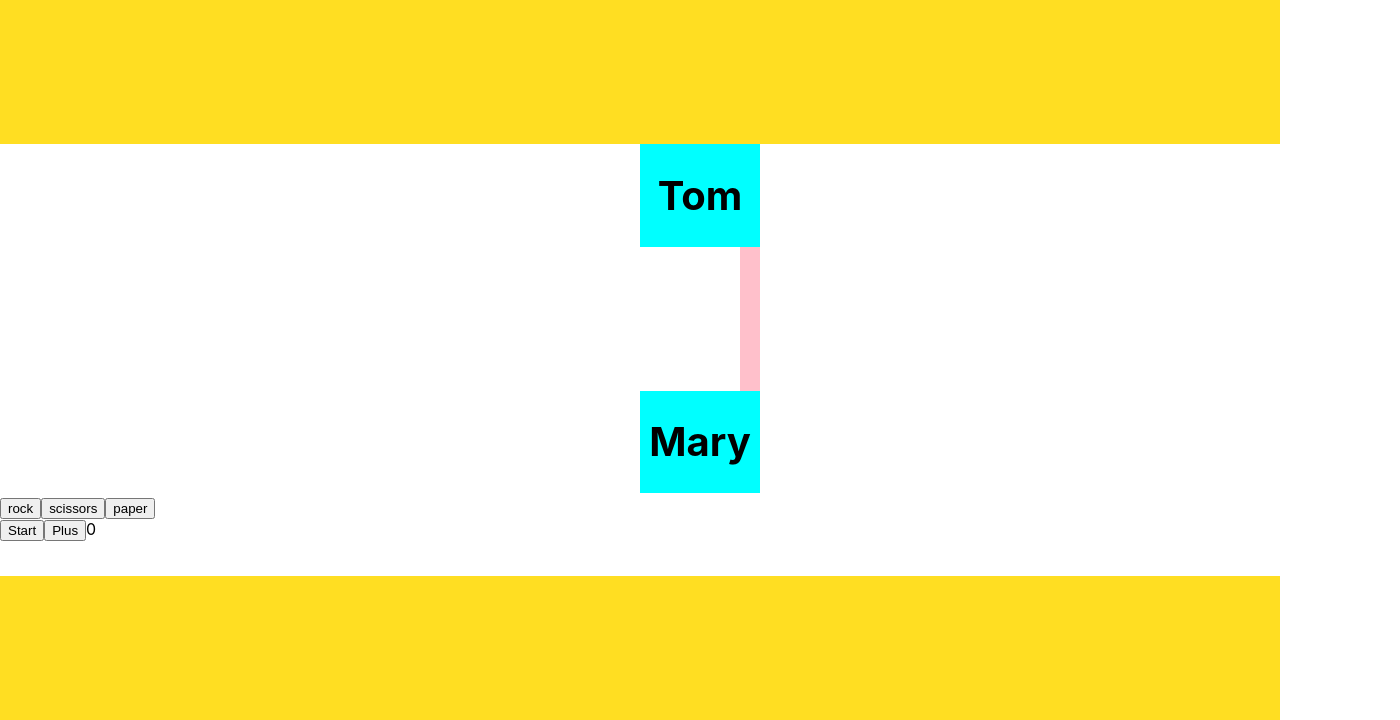
Repository: K009/Rock-Paper-Scissors
Page: /
These files come from the project's save history. The page is drawn as it stood at one moment and after the next save; the edit follows.
The browser window is 1280 px wide. The page is 1400 px wide, then 1280 px, so the pictures cover 1400 px, including what lies to the right of the window. The pictures show the whole page.
The project was rebuilt for these pictures with package versions that can differ from the ones it lists, and the page was loaded fresh each time.

Above is the page before, as saved 2020-05-13 09:06:09.

After the next save:
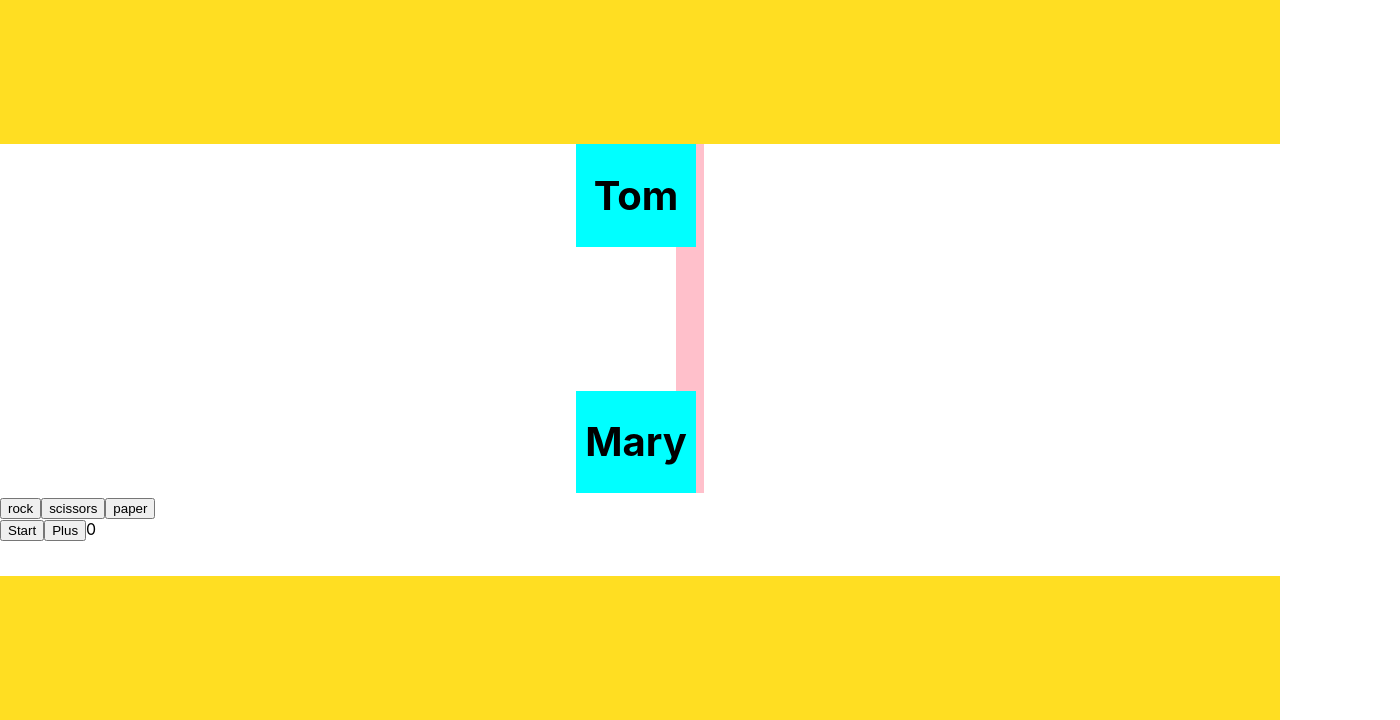
Saved 12 s later.
--- a/src/App.css
+++ b/src/App.css
@@ -16,8 +16,8 @@
   background-color: pink;
   text-align: center;
   display: inline-block;
-  margin-left: 50%;
-  margin-right: 50%;
+  margin-left: 45%;
+  margin-right: 45%;
 }
 
 .break {
